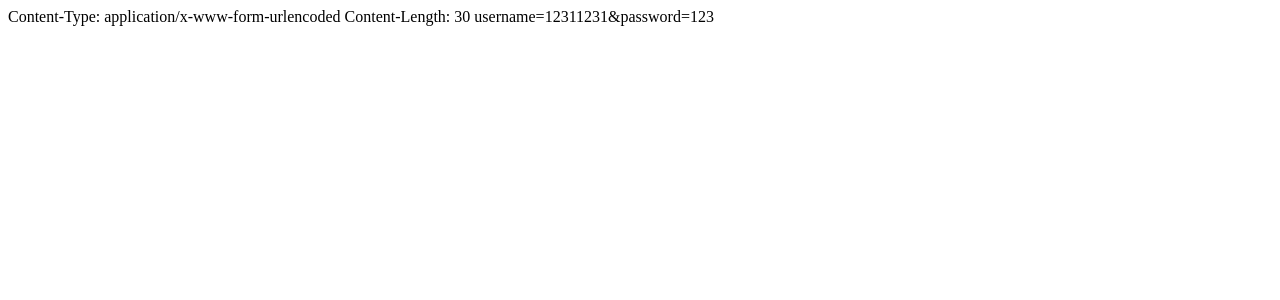
Repository: debug404/all
Page: HelloServlet/WebContent/index.html
These files come from the project's save history. The page is drawn as it stood at one moment and after the next save; the edit follows.
The browser window is 1280 px wide. The pictures show the whole page.

Above is the page before, as saved 2015-11-13 11:42:08.

### HelloServlet/WebContent/index.html
Content-Type: application/x-www-form-urlencoded
Content-Length: 30

username=12311231&password=123

After the next save:
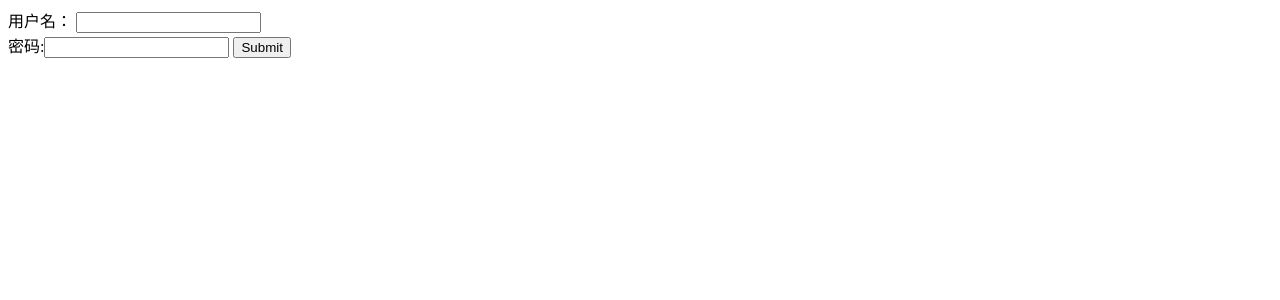
Saved 46 s later.
--- a/HelloServlet/WebContent/index.html
+++ b/HelloServlet/WebContent/index.html
@@ -1,4 +1,17 @@
-Content-Type: application/x-www-form-urlencoded
-Content-Length: 30
+<!DOCTYPE html>
+<html>
+<head>
+<meta charset="UTF-8">
+<title>Insert title here</title>
+</head>
+<body>
 
-username=12311231&password=123
+	<form action="/HelloServlet/hello" method="post">
+		<lable>用户名：</lable>
+		<input type="text" name="username" /> <br /> <label>密码:</label><input
+			type="password" name="password" /> <input type="submit" />
+	</form>
+
+
+</body>
+</html>
